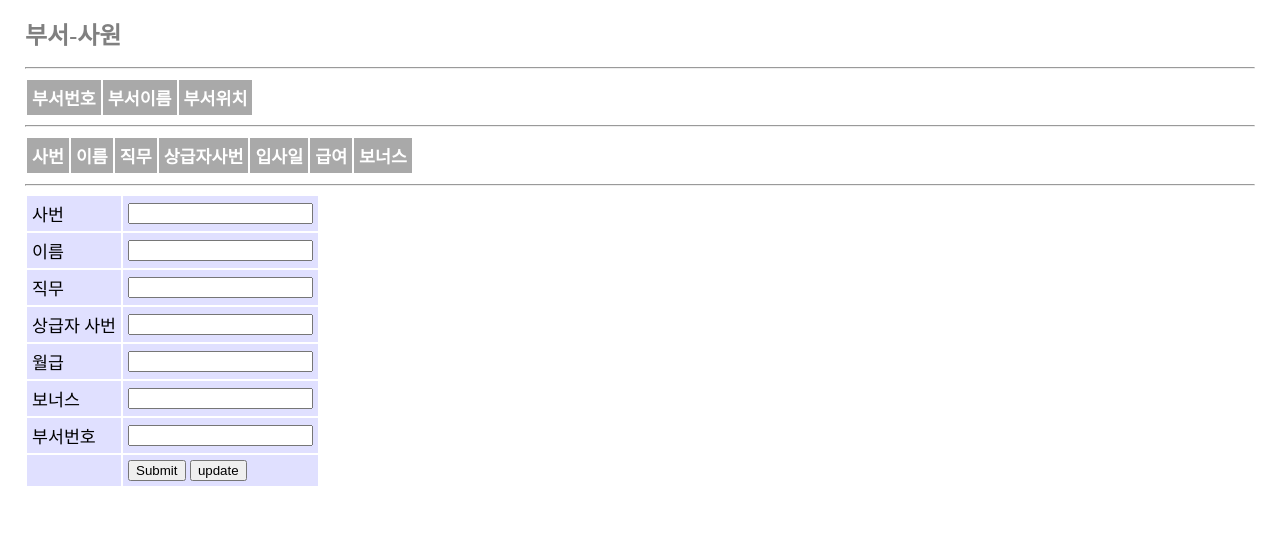
Repository: jjuiru/web-sts4
Page: http://localhost/_sb0322-1/WEB-INF/views/root.jsp
The author's editor kept a copy of each file at every save. The page is drawn from the files as they stood at one save, then again after the next save.
The browser window is 1280 px wide. The pictures show the whole page.
The page is served by Tomcat 9. Nobody is signed in. The template is opened directly, without the code that normally fills it, so the values that code supplies are empty.

Above is the page before, as saved 2024-03-22 08:25:58.

After the next save:
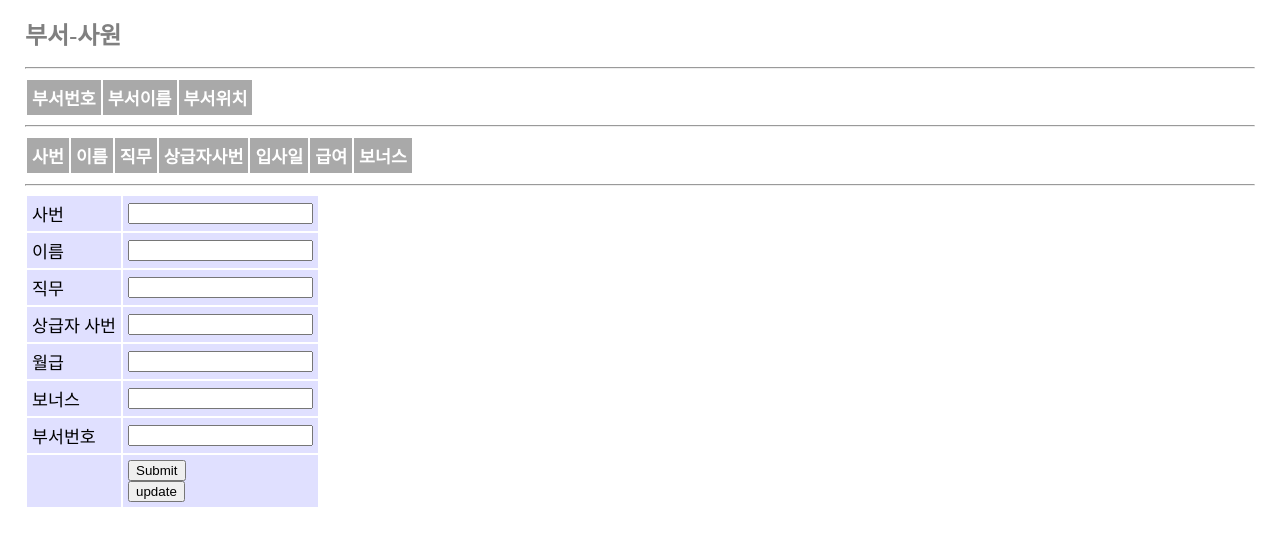
Saved 3 min 44 s later.
--- a/_sb0322-1/src/main/webapp/WEB-INF/views/root.jsp
+++ b/_sb0322-1/src/main/webapp/WEB-INF/views/root.jsp
@@ -116,7 +116,7 @@
 				<td></td>
 				<td><input type="submit" style="display: inline-block;"  />
 				</form>
-				<form method="post" action="update" style="display: inline-block;">
+				<form method="post" action="update" >
 						<input type="hidden" name="empno" value="${list3.empno}" />
 						<input type="submit" value="update" />
 					</form></td>

After the save that followed:
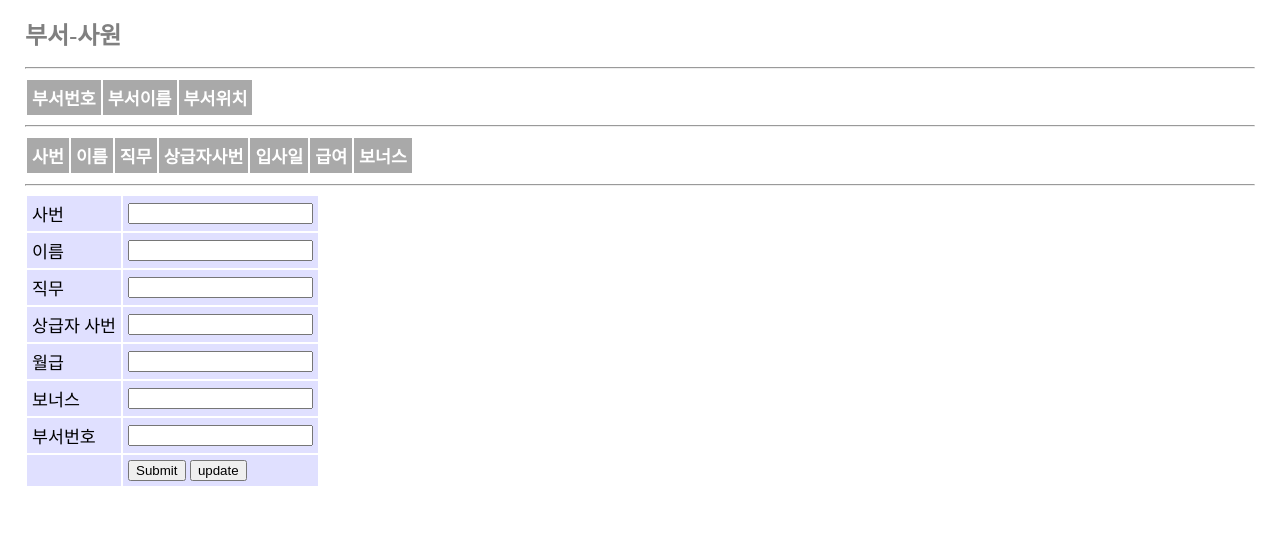
Saved 40 s later.
--- a/_sb0322-1/src/main/webapp/WEB-INF/views/root.jsp
+++ b/_sb0322-1/src/main/webapp/WEB-INF/views/root.jsp
@@ -116,7 +116,7 @@
 				<td></td>
 				<td><input type="submit" style="display: inline-block;"  />
 				</form>
-				<form method="post" action="update" >
+				<form method="post" action="update" style="display: inline-block;">
 						<input type="hidden" name="empno" value="${list3.empno}" />
 						<input type="submit" value="update" />
 					</form></td>
